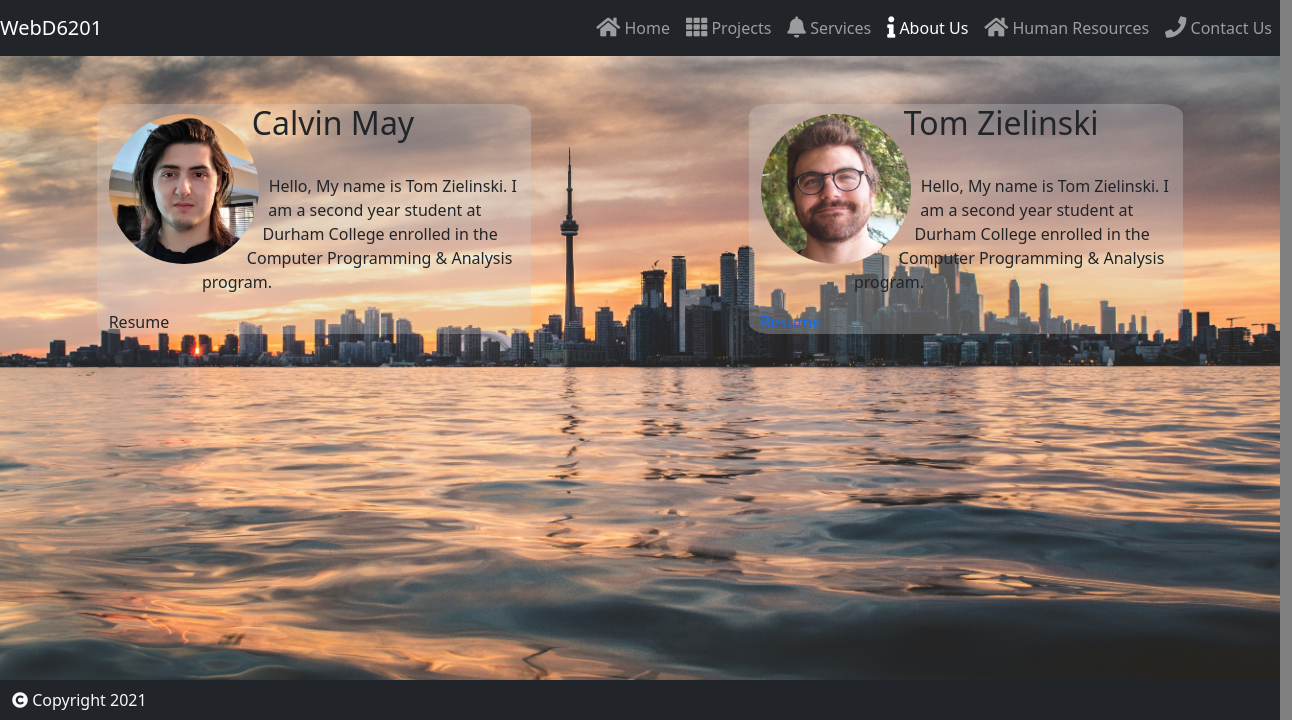
Repository: Tomelinski/Webd6201-Lab02
Page: about.html
These files come from the project's save history. The page is drawn as it stood at one moment and after the next save; the edit follows.
The browser window is 1280 px wide. The page is 1292 px wide, so the pictures cover 1292 px, including what lies to the right of the window. The pictures show the whole page.

Above is the page before, as saved 2021-02-05 19:09:39.

After the next save:
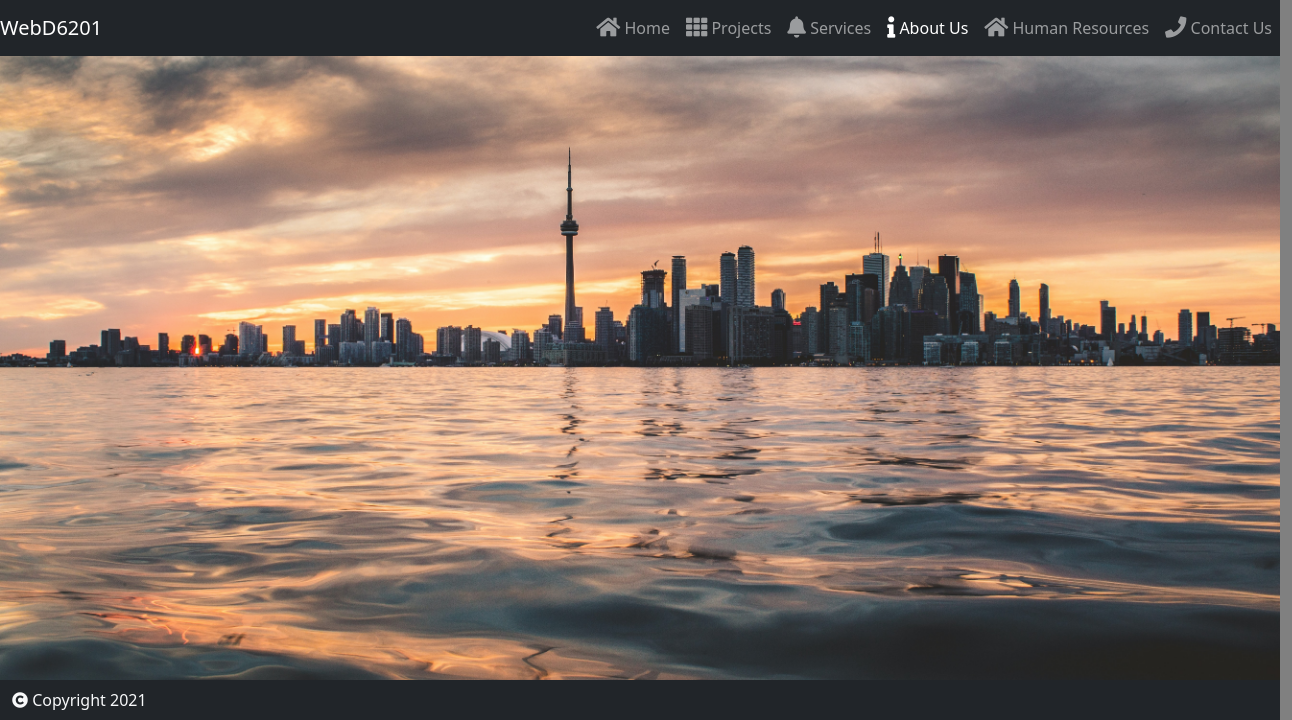
Console error: TypeError: tomResume.setAttrubite is not a function
Saved 53 s later.
--- a/Scripts/app.js
+++ b/Scripts/app.js
@@ -81,6 +81,7 @@
         aboutTom.innerHTML = `</br><p>Hello, My name is Tom Zielinski. I am a second year student at Durham College enrolled in the Computer Programming & Analysis program.</p>`;
         tomResume.setAttribute("href", "../files/resumes/Tom_Resume.pdf");
         tomResume.setAttribute("download", "");
+        tomResume.setAttrubite("background", "blue");
         tomResume.textContent = "Resume";
 
         // Insert the Elements within the about-tom div

After the save that followed:
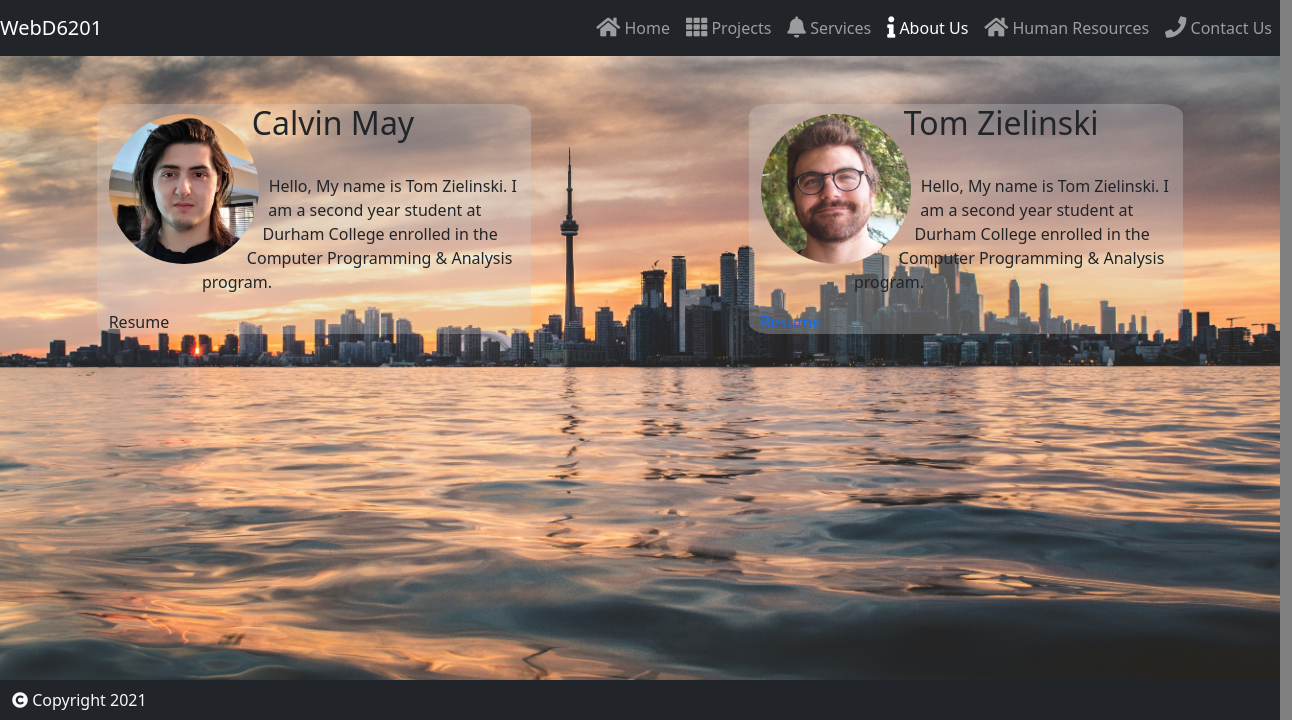
The error is gone.
Saved 18 s later.
--- a/Scripts/app.js
+++ b/Scripts/app.js
@@ -81,7 +81,7 @@
         aboutTom.innerHTML = `</br><p>Hello, My name is Tom Zielinski. I am a second year student at Durham College enrolled in the Computer Programming & Analysis program.</p>`;
         tomResume.setAttribute("href", "../files/resumes/Tom_Resume.pdf");
         tomResume.setAttribute("download", "");
-        tomResume.setAttrubite("background", "blue");
+        tomResume.setAttribute("background", "blue");
         tomResume.textContent = "Resume";
 
         // Insert the Elements within the about-tom div
